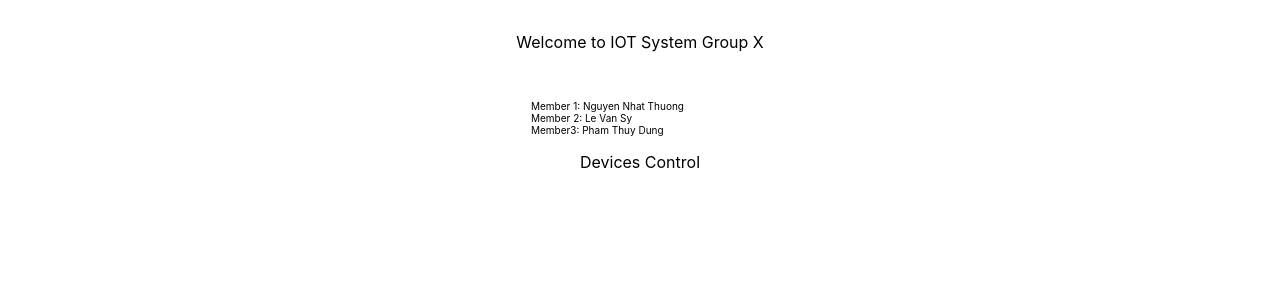
Repository: ngnhthuong/IOT_LAB
Page: /
These files come from the project's save history. The page is drawn as it stood at one moment and after the next save; the edit follows.
The browser window is 1280 px wide. The pictures show the whole page.
The project was rebuilt for these pictures with package versions that can differ from the ones it lists, and the page was loaded fresh each time.

Above is the page before, as saved 2024-04-23 14:40:03.

### src/App.js
import "./App.css";

function App() {
  return (
    <div className="main">
      <div>

      </div>
      <div className="welcome-name">Welcome to IOT System Group X</div>
      <div className="member-name">
        <div className="member">Member 1: Nguyen Nhat Thuong</div>
        <div className="member">Member 2: Le Van Sy</div>
        <div className="member">Member3: Pham Thuy Dung</div>
      </div>
      <div>Devices Control</div>
      <div>
        <div>
          <div></div>
          <div></div>
        </div>
        <div>
          <div></div>
          <div></div>
        </div>
      </div>
    </div>
  );
}

export default App;

### src/App.css
* {
  margin: 0;
  padding: 0;
  box-sizing: border-box;
}

.main{
  width: 100vw;
  height: 100vh;
  display: flex;
  align-items: center;
  flex-direction: column;
}

.welcome-name{
  display: flex;
  justify-content: center;
  padding: 2rem;
  width: 500px;
}

.member-name{
  display: flex;
  flex-direction: column;
  width: 250px;
  padding: 1rem;
  font-size: 10px;

}

.member{
  display: flex;
  left: 0;
}

Loaded but not shown: public/index.html (common file); src/index.js (common file); src/index.css (common file)

After the next save:
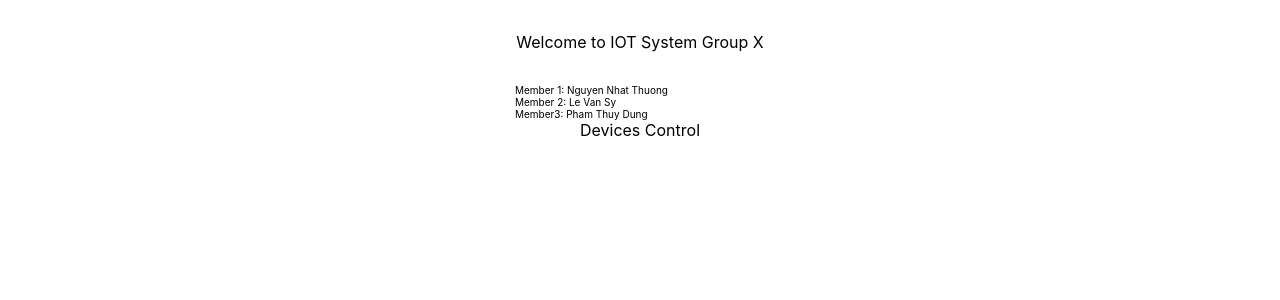
Saved 8 s later.
--- a/src/App.css
+++ b/src/App.css
@@ -23,7 +23,6 @@
   display: flex;
   flex-direction: column;
   width: 250px;
-  padding: 1rem;
   font-size: 10px;
 
 }
